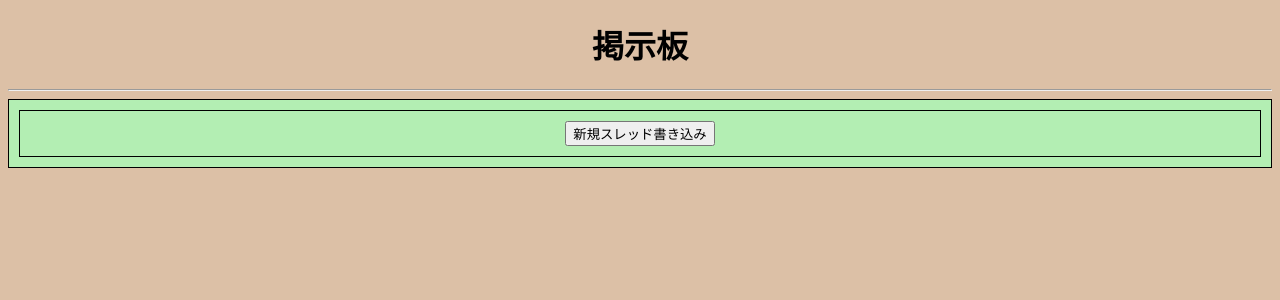
Repository: daidai0602/mba_portal
Page: http://localhost/php_2chan/
The author's editor kept a copy of each file at every save. The page is drawn from the files as they stood at one save, then again after the next save.
The browser window is 1280 px wide. The pictures show the whole page.
The page is run by PHP 8.4 with error messages shown; the project is at /var/www/html/. Queries for data that is not in the repository find no rows.

Above is the page before, as saved 2023-12-04 16:31:42.

### index.php
<?php

include_once("./app/database/connect.php");

?>

<!DOCTYPE html>
<html lang="en">

<head>
    <meta charset="UTF-8">
    <meta http-equiv="X-UA-Compatible" content="IE=edge">
    <meta name="viewport" content="width=device-width, initial-scale=1.0">
    <title>掲示板</title>
    <link rel="stylesheet" href="./assets/css/style.css">
</head>

<body>
    <?php include("app/parts/header.php"); ?>
    <?php include("app/parts/validation.php"); ?>
    <?php include("app/parts/thread.php"); ?>
    <?php include("app/parts/newThreadButton.php"); ?>
</body>

</html>

### app/database/connect.php
<?php
$user = "root";

//DBと接続
try{
  $pdo = new PDO('mysql:host=localhost;dbname=2chan-bbs', $user, "");
} catch (PDOException $error){
  echo $error->getMessage();
}

### app/parts/header.php
<header>
    <h1 class="title">掲示板</h1>
    <hr>
</header>

### app/parts/validation.php
    <!-- バリデーションチェックのエラー文吐きだし -->
    <?php if (isset($error_message)) : ?>
        <ul class="errorMessage">
            <?php foreach ($error_message as $error) : ?>
                <li><?php echo $error ?></li>
            <?php endforeach; ?>
        </ul>
    <?php endif; ?>

### app/parts/thread.php
<?php
include_once("./app/database/connect.php");
include("app/functions/comment_add.php");
include("app/functions/thread_get.php");
?>

<?php foreach ($thread_array as $thread) : ?>
    <div class="threadWrapper">
        <div class="childWrapper">
            <div class="threadTitle">
                <span>【タイトル】</span>
                <h1><?php echo $thread["title"] ?></h1>
            </div>

            <?php include("commentSection.php"); ?>
            <?php include("commentForm.php"); ?>

        </div>
    </div>
<?php endforeach ?>

### app/functions/comment_add.php
<?php
$error_message = array();

if (isset($_POST["submitButton"])) {

  //お名前入力チェック
  if(empty($_POST['username'])){
    $error_message["username"] = "お名前を入力してください。";
  }else {
    //エスケープ処理
    $escaped["username"] = htmlspecialchars($_POST["username"], ENT_QUOTES, "UTF-8");
  }
    //コメント入力チェック
  if(empty($_POST["body"])){
    $error_message["body"] = "コメントを入力してください。";
  } else {
    //エスケープ処理
    $escaped["body"] = htmlspecialchars($_POST["body"], ENT_QUOTES, "UTF-8");
  }

  if(empty($error_message)){
      $post_date = date("Y-m-d H:i:s");

      $sql = "INSERT INTO `comment` (`username`, `body`, `post_date`, `thread_id` )
      VALUES (:username, :body, :post_date, :thread_id);";
      $statement = $pdo->prepare($sql);

      //値をセットする
      $statement->bindParam(":username", $escaped["username"], PDO::PARAM_STR);
      $statement->bindParam(":body", $escaped["body"], PDO::PARAM_STR);
      $statement->bindParam(":post_date", $post_date, PDO::PARAM_STR);
      $statement->bindParam(":thread_id", $_POST["threadID"], PDO::PARAM_STR);

      $statement->execute();
  }
}

### app/functions/thread_get.php
<?php
$thread_array = array();

//コメントデータをテーブルから取得してくる.
$sql = "SELECT * FROM thread";
$statement = $pdo->prepare($sql);
$statement->execute();

$thread_array = $statement;

### app/parts/newThreadButton.php
<div class="newThreadWrapper">
  <div class="newChildThreadWrapper">
    <button><a href="app/pages/createThread.php">新規スレッド書き込み</a></button>
  </div>
</div>

### assets/css/style.css
body {
  background-color: #dcc0a6;
}
.title {
  text-align: center;
  font-style: 34px;
}
.threadWrapper {
  background-color: #f3eded;
  padding: 10px;
  max-width: 1300px;
  margin: 0px auto;
  border: 1px solid black;
  margin-bottom: 20px;
}
.childWrapper {
  border: 1px solid black;
  padding: 10px;
}
.threadTitle {
  display: flex;
  align-items: center;
  font-weight: 600;
  margin-left: 6px;
  height: 60px;
}
.threadTitle h1{
  color: red;
  margin-left: 3px;
  font-size: 27px;
}
section {
  padding: 0 10px;
}
section .nameArea {
  display: flex;
  align-items: center;
  margin-bottom: -14px;
}

section .username {
  color: rgb(0, 128, 9);
  font-weight: 700;
}

section .comment {
  margin-top: 0;
  margin-left:20px;
}

.formWrapper {
  padding: 16px;
  margin-left: 20px;
}

.commentTextArea {
  margin-top: 20px;
  width: 500px;
  height: 90px;
  resize: none;
}

.errorMessage {
  color: red;
  margin-left: 70px;
}

/*新規スレッド*/

.newThreadWrapper {
  background-color: #b3eeb3;
  padding: 10px;
  max-width: 1300px;
  margin: 0 auto;
  border: 1px solid black;
  margin-bottom: 20px;
}

.newChildThreadWrapper {
  text-align: center;
  padding: 10px;
  border: 1px solid black;
}

.newChildThreadWrapper button a {
  width: 150px;
  color: black;
  text-decoration: none;
}

After the next save:
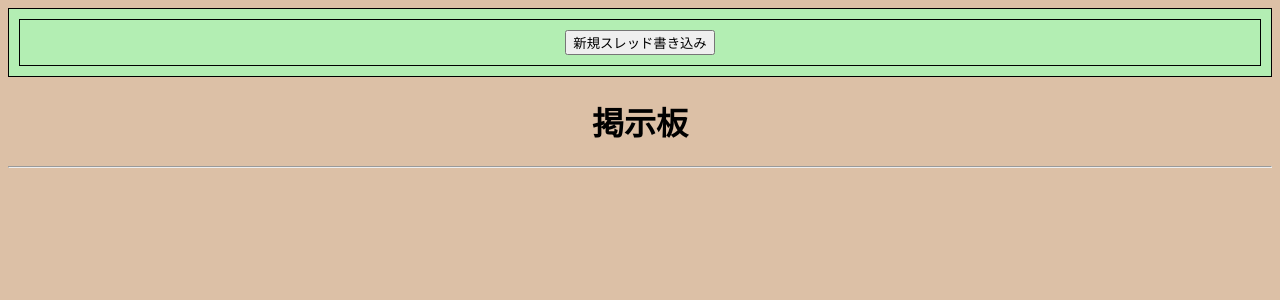
Saved 52 s later.
--- a/index.php
+++ b/index.php
@@ -16,10 +16,10 @@
 </head>
 
 <body>
+    <?php include("app/parts/newThreadButton.php"); ?>
     <?php include("app/parts/header.php"); ?>
     <?php include("app/parts/validation.php"); ?>
     <?php include("app/parts/thread.php"); ?>
-    <?php include("app/parts/newThreadButton.php"); ?>
 </body>
 
 </html>

After the save that followed:
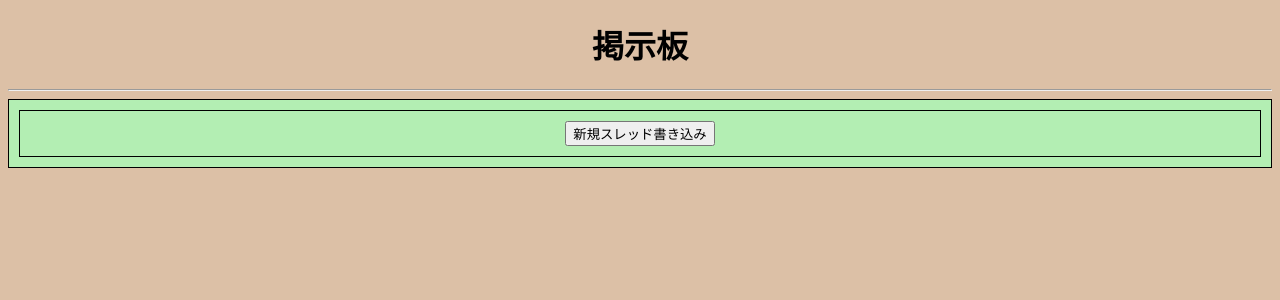
Saved 18 s later.
--- a/index.php
+++ b/index.php
@@ -16,8 +16,8 @@
 </head>
 
 <body>
+    <?php include("app/parts/header.php"); ?>
     <?php include("app/parts/newThreadButton.php"); ?>
-    <?php include("app/parts/header.php"); ?>
     <?php include("app/parts/validation.php"); ?>
     <?php include("app/parts/thread.php"); ?>
 </body>
